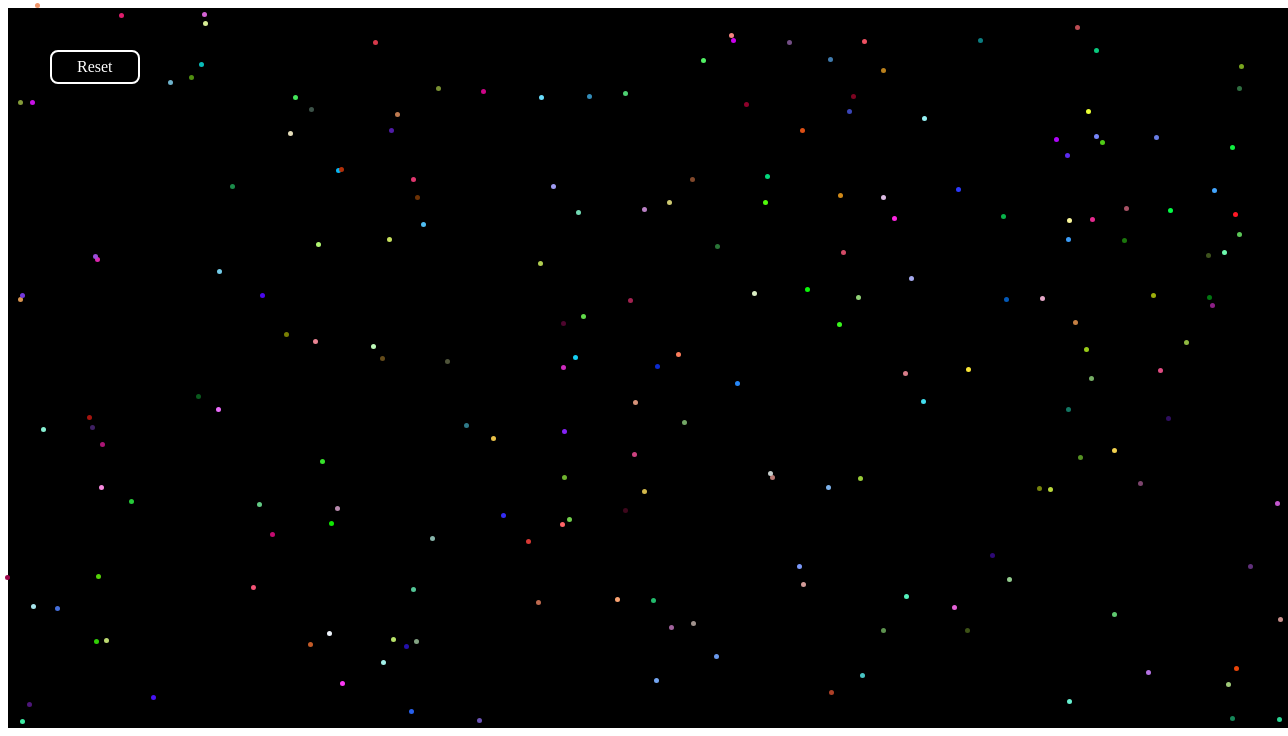
Repository: kamiour/Mouseeffect3
Page: index.html
These files come from the project's save history. The page is drawn as it stood at one moment and after a run of saves; the edit follows.
The browser window is 1280 px wide. The page is 1288 px wide, so the pictures cover 1288 px, including what lies to the right of the window. The pictures show the whole page.

Above is the page before, as saved 2019-11-03 15:59:26.

After the next 2 saves:
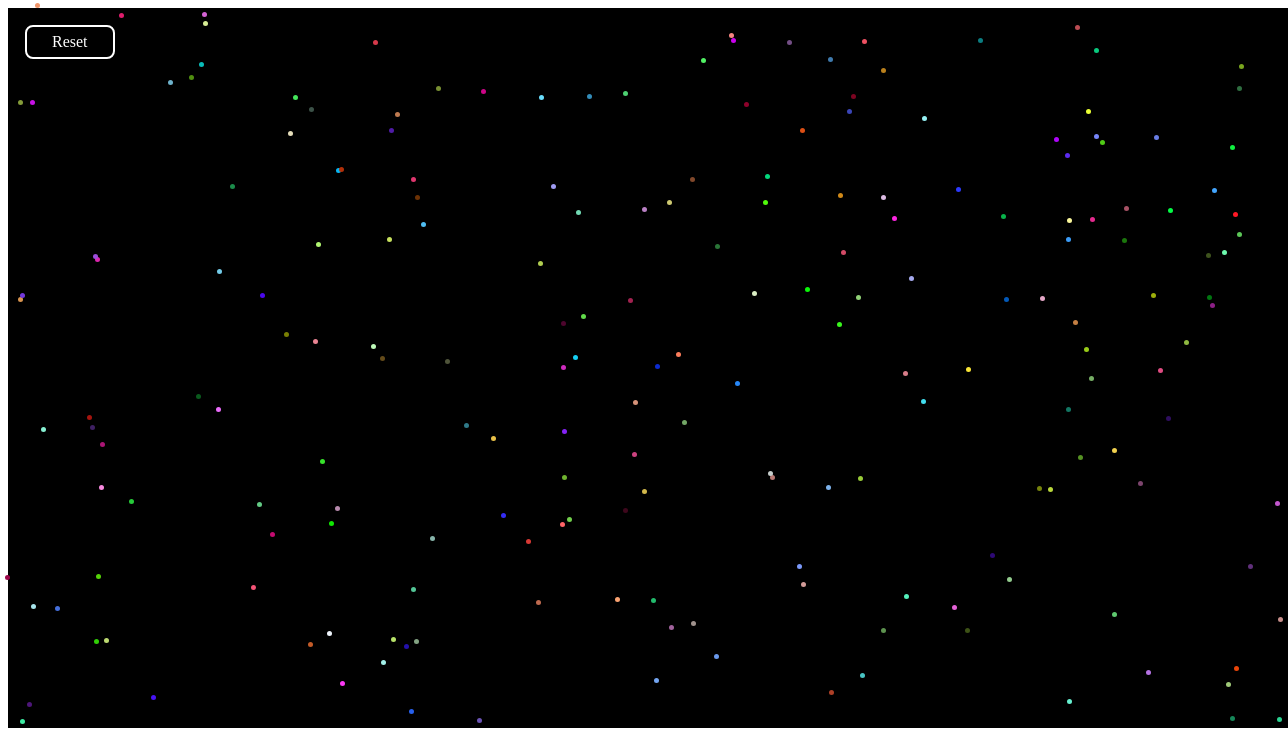
The 2 saves are shown as one change because they came seconds apart.
The last was saved 100 s later.
--- a/styles.css
+++ b/styles.css
@@ -13,8 +13,8 @@
 
 .btn {
   position: absolute;
-  top: 50px;
-  left: 50px;
+  top: 25px;
+  left: 25px;
   padding: 6px 25px;
   background-color: transparent;
   border: 2px solid white;
